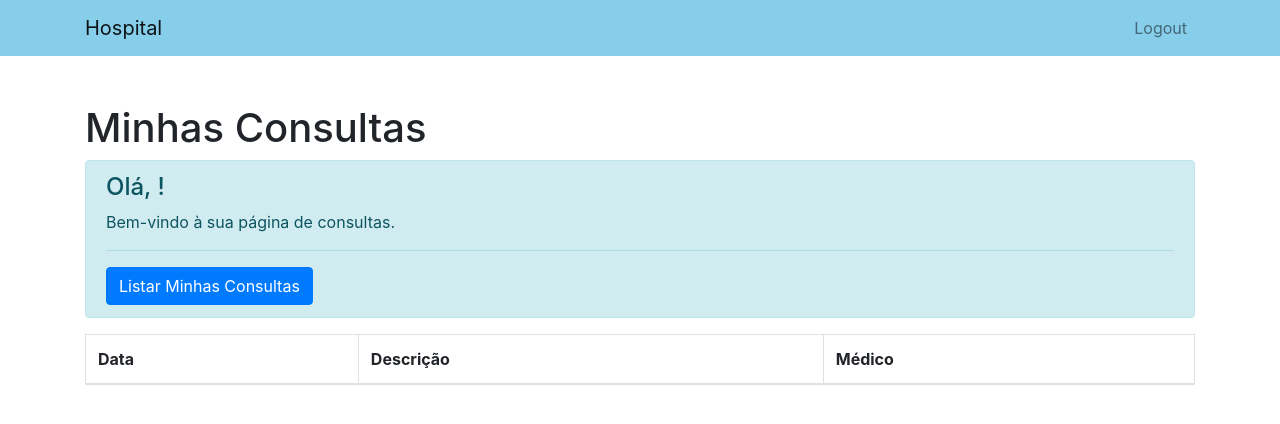
Repository: iagoPB/Grupo7APS5
Page: http://localhost/PacienteConsultas
These files come from the project's save history. The page is drawn as it stood at one moment and after the next save; the edit follows.
The browser window is 1280 px wide. The pictures show the whole page.
Some web libraries are served in a nearby version. The page is this project's Thymeleaf template; nobody is signed in. The template is opened directly, without the code that normally fills it, so the values that code supplies are empty.

Above is the page before, as saved 2024-06-15 16:00:55.

### hospital/src/main/resources/templates/PacienteConsultas.html
<!DOCTYPE html>
<html lang="en" xmlns:th="http://www.thymeleaf.org">
<head>
    <meta charset="UTF-8">
    <title>Minhas Consultas</title>
    <link rel="stylesheet" href="https://stackpath.bootstrapcdn.com/bootstrap/4.5.2/css/bootstrap.min.css">
    <style>
        .navbar {
            background-color: #87CEEB; /* Azul claro */
        }
    </style>
</head>
<body>

    <!-- Navigation Bar -->
    <nav class="navbar navbar-expand-lg navbar-light">
        <div class="container">
            <a class="navbar-brand" href="#">Hospital</a>
            <button class="navbar-toggler" type="button" data-toggle="collapse" data-target="#navbarNav" aria-controls="navbarNav" aria-expanded="false" aria-label="Toggle navigation">
                <span class="navbar-toggler-icon"></span>
            </button>
            <div class="collapse navbar-collapse" id="navbarNav">
                <ul class="navbar-nav ml-auto">
                    <li class="nav-item">
                        <a class="nav-link" th:href="@{/logout}">Logout</a>
                    </li>
                </ul>
            </div>
        </div>
    </nav>

    <div class="container mt-5">
        <h1>Minhas Consultas</h1>
        <div class="alert alert-info" role="alert">
            <h4 class="alert-heading">Olá, <span th:text="${pacienteNome}">Paciente</span>!</h4>
            <p>Bem-vindo à sua página de consultas.</p>
            <hr>
            <a class="btn btn-primary" th:href="@{/consultas/paciente}">Listar Minhas Consultas</a>
        </div>
        <table class="table table-bordered">
            <thead>
                <tr>
                    <th>Data</th>
                    <th>Descrição</th>
                    <th>Médico</th>
                </tr>
            </thead>
            <tbody>
                <tr th:each="consulta : ${consultas}">
                    <td th:text="${consulta.data}"></td>
                    <td th:text="${consulta.descricao}"></td>
                    <td th:text="${consulta.medico.name}"></td>
                </tr>
            </tbody>
        </table>
    </div>

    <script src="https://code.jquery.com/jquery-3.5.1.slim.min.js"></script>
    <script src="https://cdn.jsdelivr.net/npm/@popperjs/core@2.5.4/dist/umd/popper.min.js"></script>
    <script src="https://stackpath.bootstrapcdn.com/bootstrap/4.5.2/js/bootstrap.min.js"></script>
</body>
</html>

After the next save:
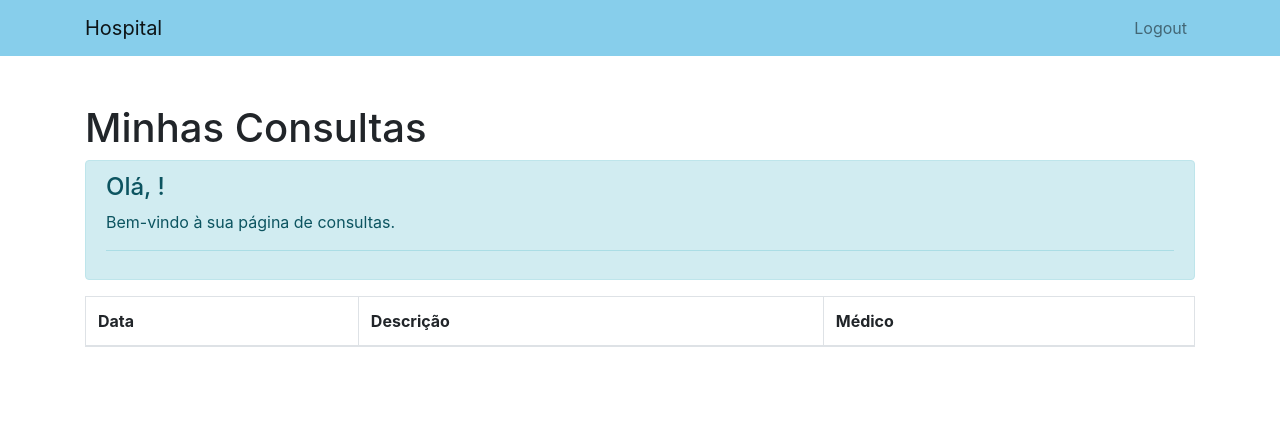
Saved 4 min 55 s later.
--- a/hospital/src/main/resources/templates/PacienteConsultas.html
+++ b/hospital/src/main/resources/templates/PacienteConsultas.html
@@ -35,7 +35,6 @@
             <h4 class="alert-heading">Olá, <span th:text="${pacienteNome}">Paciente</span>!</h4>
             <p>Bem-vindo à sua página de consultas.</p>
             <hr>
-            <a class="btn btn-primary" th:href="@{/consultas/paciente}">Listar Minhas Consultas</a>
         </div>
         <table class="table table-bordered">
             <thead>

After the save that followed:
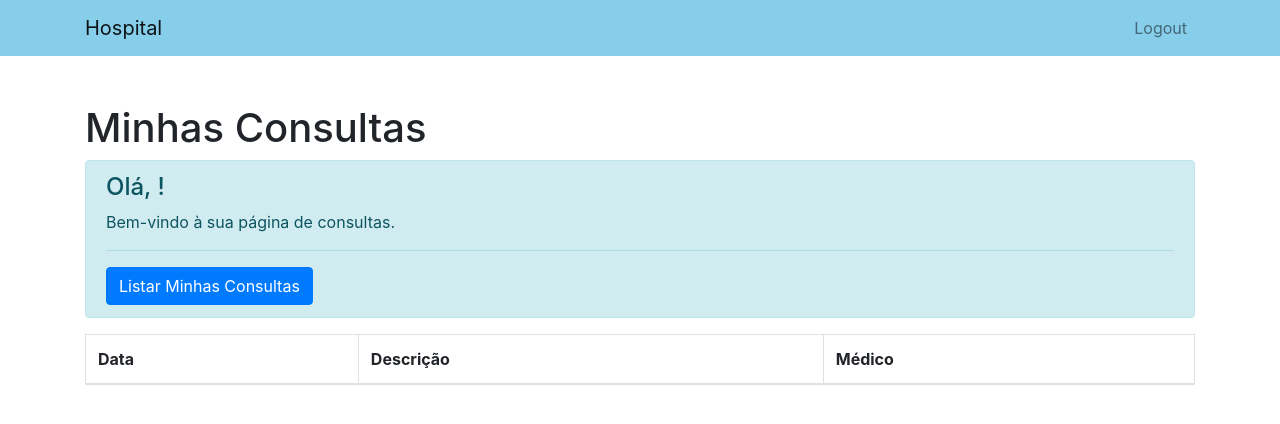
Saved 3 min 18 s later.
--- a/hospital/src/main/resources/templates/PacienteConsultas.html
+++ b/hospital/src/main/resources/templates/PacienteConsultas.html
@@ -35,6 +35,7 @@
             <h4 class="alert-heading">Olá, <span th:text="${pacienteNome}">Paciente</span>!</h4>
             <p>Bem-vindo à sua página de consultas.</p>
             <hr>
+            <a class="btn btn-primary" th:href="@{/consultas/paciente}">Listar Minhas Consultas</a>
         </div>
         <table class="table table-bordered">
             <thead>
